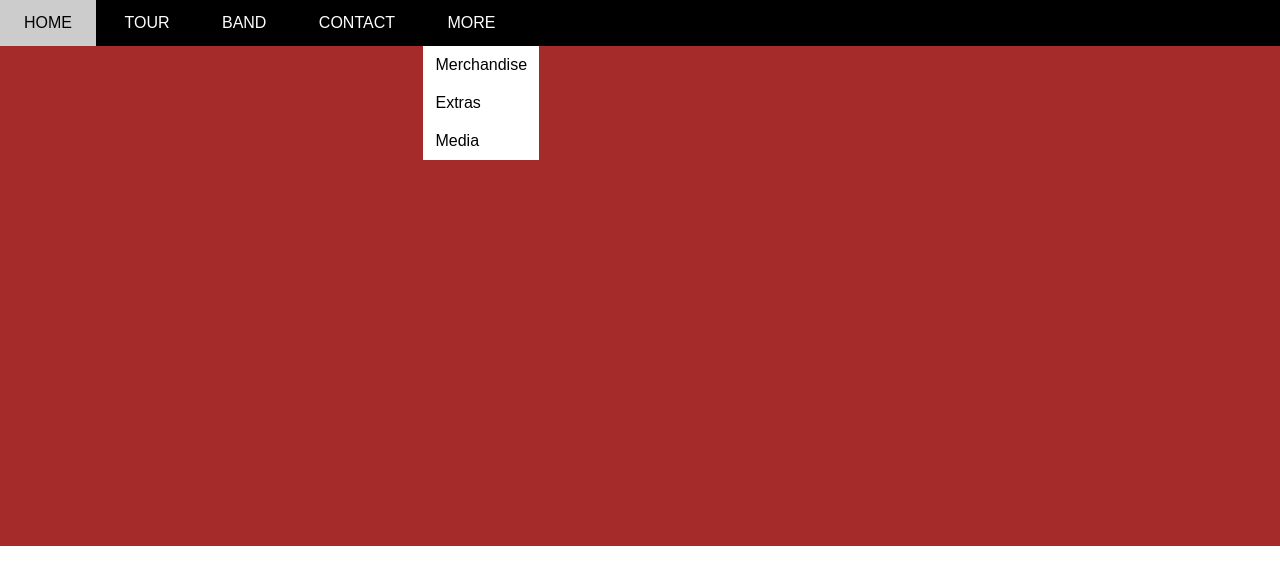
Repository: maivannhan1998/git-w3band
Page: index.html
An editor plug-in stored every save of this project. The page is shown before and after the next save, followed by the edit.
The browser window is 1280 px wide. The pictures show the whole page.

Above is the page before, as saved 2021-09-03 22:21:08.

After the next save:
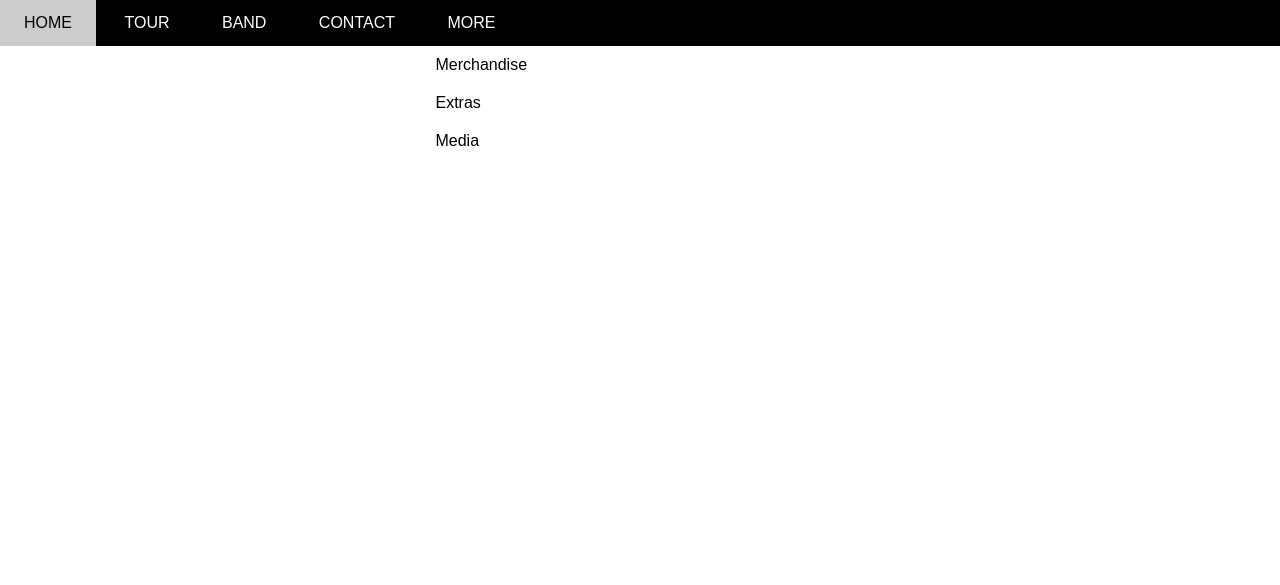
Saved 57 s later.
--- a/asset/css/style.css
+++ b/asset/css/style.css
@@ -68,8 +68,7 @@
 }
 
 #slider{
-    min-height: 500px;
-    background-color: brown;
+
 }
 
 #content{
